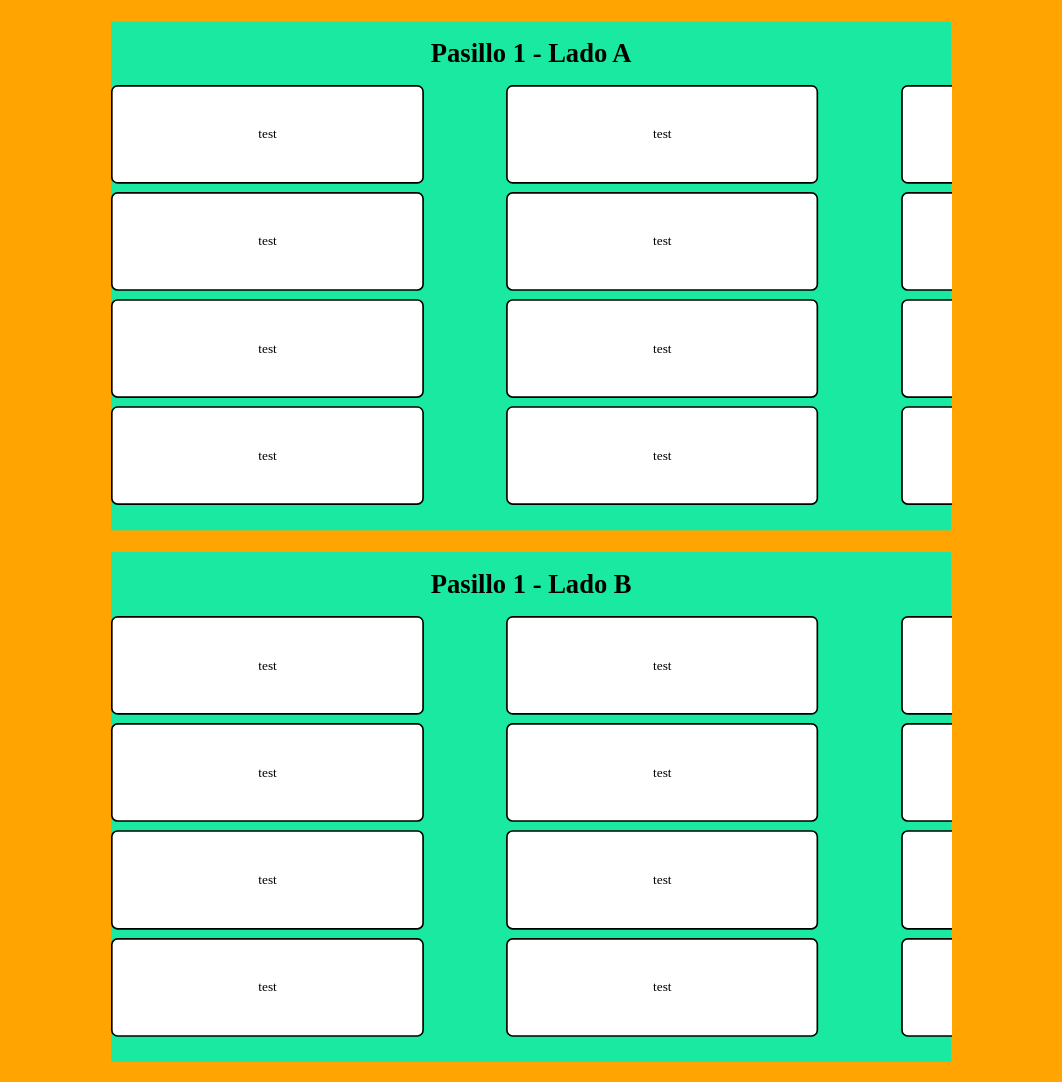
Repository: Franzcod/DepoStock_Web
Page: index.html
An editor plug-in stored every save of this project. The page is shown before and after the next save, followed by the edit.
The browser window is 1280 px wide. The pictures show the whole page, at 83% of full size.

Above is the page before, as saved 2020-06-07 02:57:02.
Console error: ReferenceError: ur is not defined

### index.html
<!DOCTYPE html>
<html lang="en">
<head>
    <meta charset="UTF-8">
    <meta name="viewport" content="width=device-width, initial-scale=1.0">
    <title>Deposito Probusol</title>

    <link rel="stylesheet" href="estilo/estilo.css">
</head>
<body>



    <div class="app">
        <h1>Pasillo 1 - Lado A</h1>

        <ul class="hs">
            <li class="item">test</li>
            <li class="item">test</li>
            <li class="item">test</li>
            <li class="item">test</li>
            <li class="item">test</li>
            <li class="item">test</li>
            <li class="item">test</li>
            <li class="item">test</li>
            <li class="item">test</li>
            <li class="item">test</li>
            <li class="item">test</li>
            <li class="item">test</li>

        </ul>

        <!-- <div class="container">
            <div class="item">
            <h3>Block for context</h3>
            </div>
        </div> -->
    </div>

    <div class="app">
        <h1>Pasillo 1 - Lado B</h1>

        <ul class="hs">
            <li class="item">test</li>
            <li class="item">test</li>
            <li class="item">test</li>
            <li class="item">test</li>
            <li class="item">test</li>
            <li class="item">test</li>
            <li class="item">test</li>
            <li class="item">test</li>
            <li class="item">test</li>
            <li class="item">test</li>
            <li class="item">test</li>
            <li class="item">test</li>

        </ul>

        <!-- <div class="container">
            <div class="item">
            <h3>Block for context</h3>
            </div>
        </div> -->
    </div>






    <script>ur</script>

</body>







</html>

### estilo/estilo.css
html{
    background-color: rgba(255, 164, 0, 1);
}

#div2 {
    border: 3px solid black;
    width:  80%;
    height: 40%;
    margin: 2vw auto;
    padding: 2vh 2vh;
    background-color: rgba(105, 105, 105, 0.565);
}

#div2 { overflow-x: scroll;}

:root {
--gutter: 20px;
}

.app {
padding: var(--gutter) 0;
display: grid;
grid-gap: var(--gutter) 0;
/* grid-template-columns: var(--gutter) 1fr var(--gutter); */
align-content: start;
}

/* .app > * {
grid-column: 2 / 2;
} */
/*
.app > .full {
grid-column: 1 / -1;
} */

.hs {
    display: grid;
    grid-gap: calc(var(--gutter) / 2);
    grid-template-columns: repeat(3, calc(50% - var(--gutter) * 2));
    grid-template-rows: minmax(7vw, 1fr);

    overflow-x: scroll;
    /* scroll-snap-type: x proximity; */
    padding-bottom: calc(.75 * var(--gutter));
    margin-bottom: calc(-.25 * var(--gutter));

}

/* Demo styles */

ul {
    list-style: none;
    padding: 0;
    margin: 0;
}

h1,
h2,
h3 {
    margin: auto;
}

.app {
    width: 80%;
    height: 30%;
    background: rgb(26, 233, 161);
    overflow-y: scroll;
    margin: 2vw auto;

}

.hs > li,
.item {
    scroll-snap-align: center;
    /* padding: calc(var(--gutter) / 1 ); */
    display: flex;
    flex-direction: column;
    justify-content: center;
    align-items: center;
    background: #fff;
    border: 2px solid black;
    border-radius: 8px;
    height: 9vw;
    width: 80%;

}

After the next save:
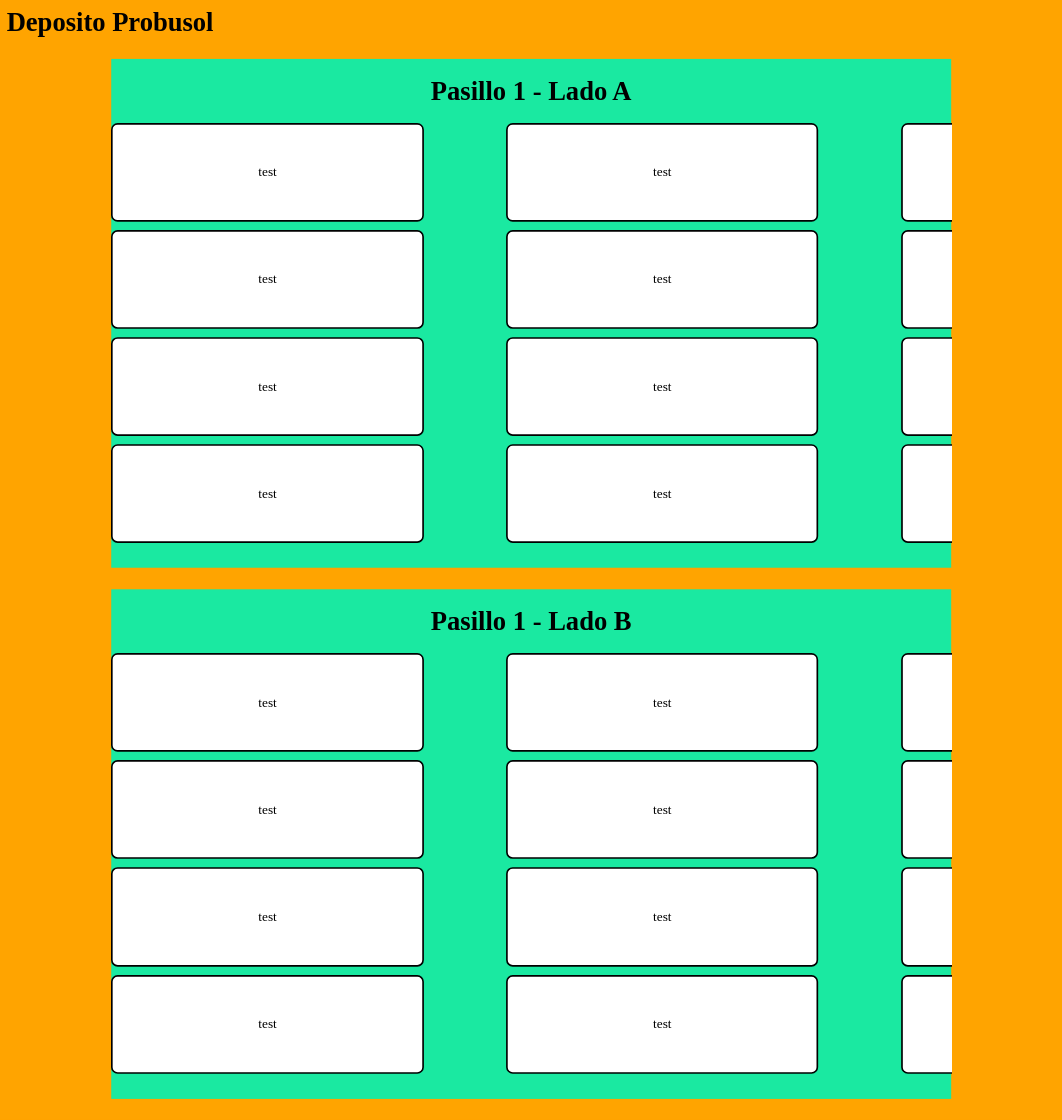
Saved 12 s later.
--- a/index.html
+++ b/index.html
@@ -9,7 +9,7 @@
 </head>
 <body>
 
-
+    <h1>Deposito Probusol</h1>
 
     <div class="app">
         <h1>Pasillo 1 - Lado A</h1>
